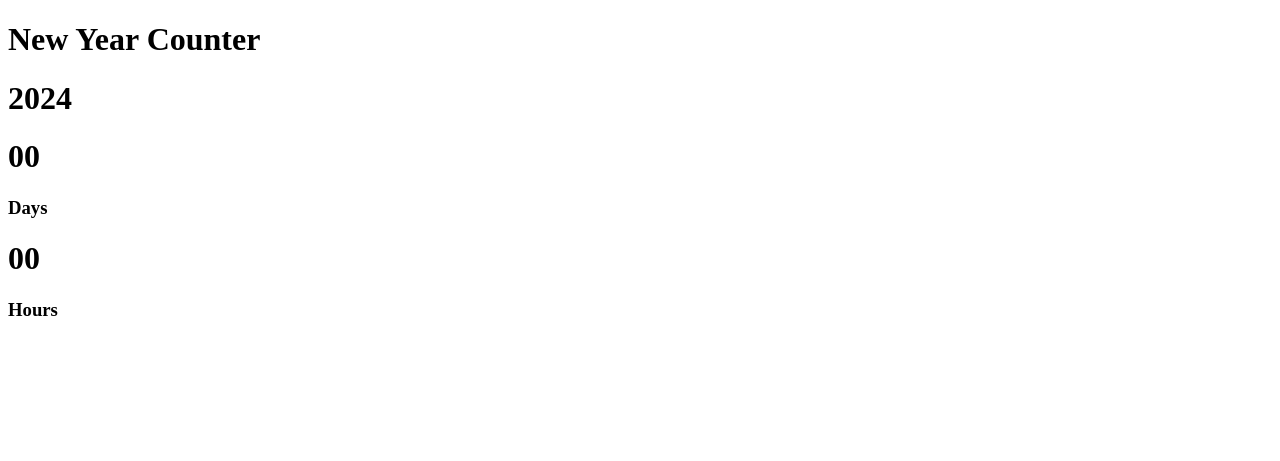
Repository: JunaidAnsari202/New-Year-counter
Page: index.html
An editor plug-in stored every save of this project. The page is shown before and after a run of saves, followed by the edit.
The browser window is 1280 px wide. The pictures show the whole page.

Above is the page before, as saved 2024-11-13 15:15:04.
Console error: SyntaxError: Unexpected end of input

### index.html
<!DOCTYPE html>
<html lang="en">
<head>
    <meta charset="UTF-8">
    <meta name="viewport" content="width=device-width, initial-scale=1.0">
    <title>New Year Counter</title>
    <link rel="stylesheet" href="style.css">

</head>
<body>
    <div class="container">
        <div class="header">
            <h1>New Year Counter</h1>
        </div>
        <div class="next-year">
            <h1 id="next-year">2024</h1>
        </div>

        <div class="counter">
           <div class="days">
            <h1 id="days">00</h1>
            <h3>Days</h3>
           </div>

           <div class="hours">
            <h1 id="hours">00</h1>
            <h3>Hours</h3>
           </div>
        </div>
    </div>

    <script src="script.js"></script>
</body>
</html>

Loaded but not shown: script.js (common file); style.css (no copy from this time; the picture is the same without it)

After the next 3 saves:
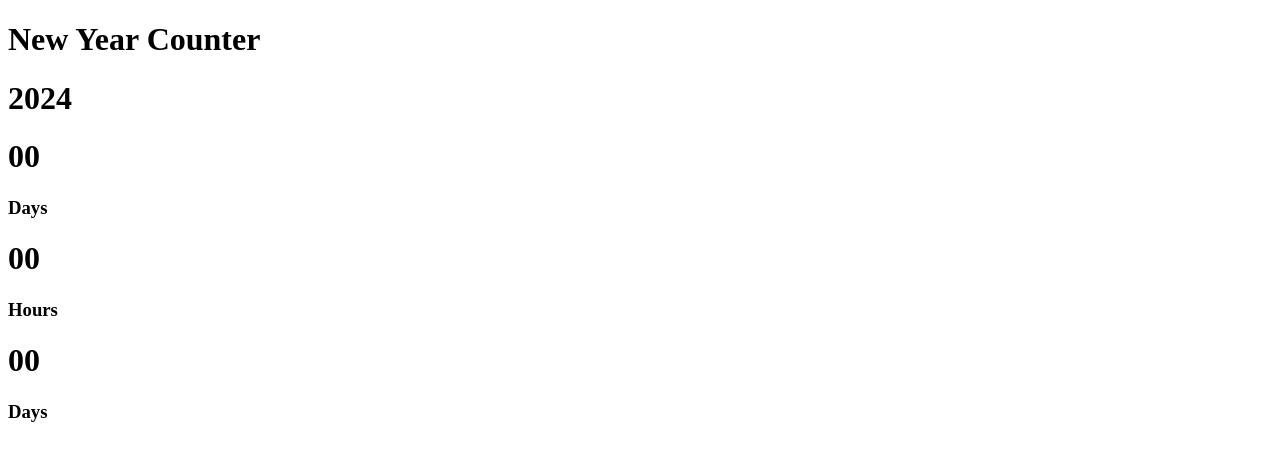
The 3 saves are shown as one change because they came seconds apart.
The last was saved 54 s later.
--- a/index.html
+++ b/index.html
@@ -26,6 +26,11 @@
             <h1 id="hours">00</h1>
             <h3>Hours</h3>
            </div>
+
+           <div class="days">
+            <h1 id="days">00</h1>
+            <h3>Days</h3>
+           </div>
         </div>
     </div>
 
